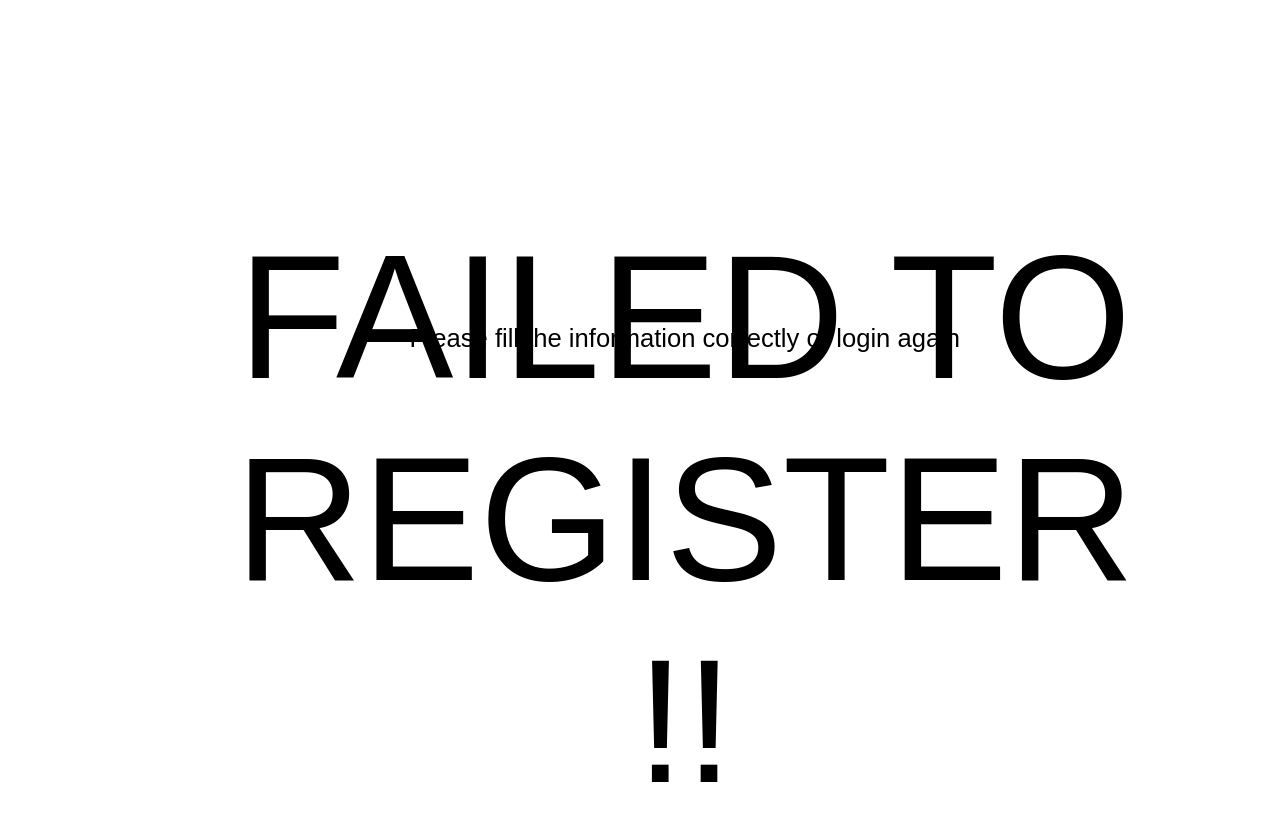
Repository: anujs099/bankingapp
Page: banking-application-final/WebContent/FaliureRegister.html
These files come from the project's save history. The page is drawn as it stood at one moment and after the next save; the edit follows.
The browser window is 1280 px wide. The pictures show the whole page.
Some web fonts or font styles are not loaded; a fallback is used.

Above is the page before, as saved 2021-03-07 15:38:19.

After the next save:
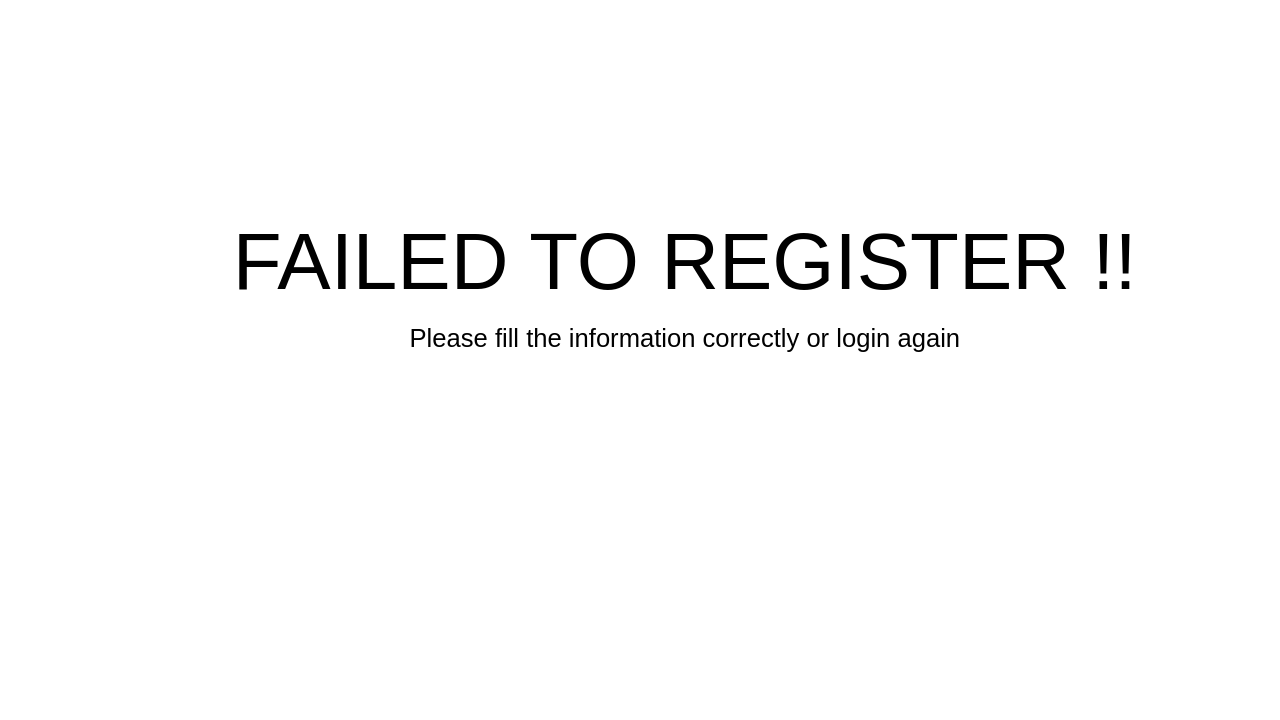
Saved 34 s later.
--- a/banking-application-final/WebContent/error.css
+++ b/banking-application-final/WebContent/error.css
@@ -19,7 +19,7 @@ background-color:purple;
 
    text-align: center;
     font-family: 'Nunito Sans', sans-serif;
-    font-size: 11rem;
+    font-size: 5rem;
     position:absolute;
   	left:16%;
   	top:30%;
